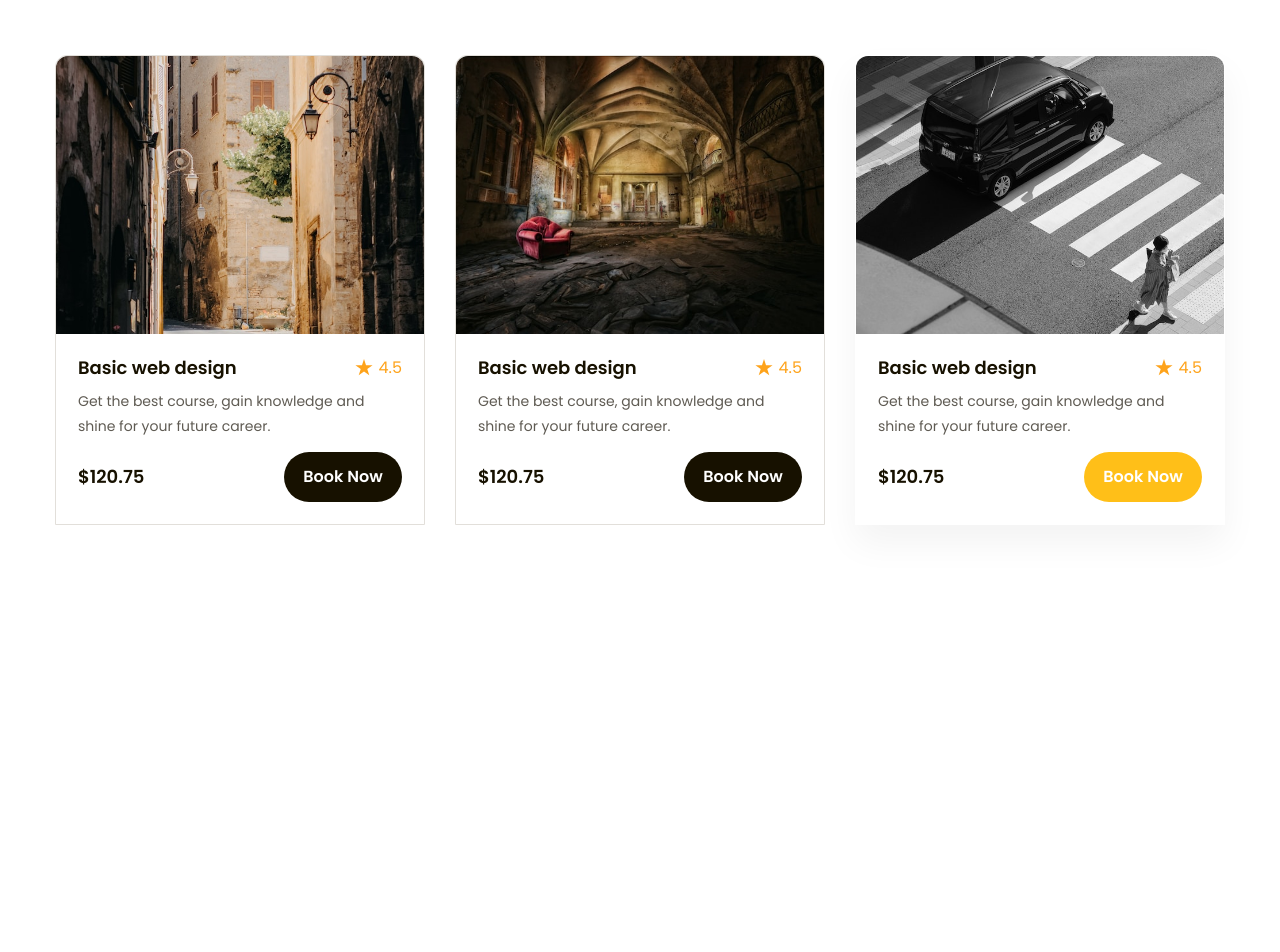
Repository: empty24062002/f8-htmlcss-02-pratice
Page: index.html
The author's editor kept a copy of each file at every save. The page is drawn from the files as they stood at one save, then again after the next save.
The browser window is 1280 px wide. The pictures show the part of the page from y = 1196 to 2148 px (the page is 5187 px tall).
The pointer rests on the first visible `.popular .course-item .book-btn`.
A picture or video elsewhere on the page could not be fetched, so the positions and the page height are approximate.

Above is the page before, as saved 2023-07-19 08:36:43.

After the next save:
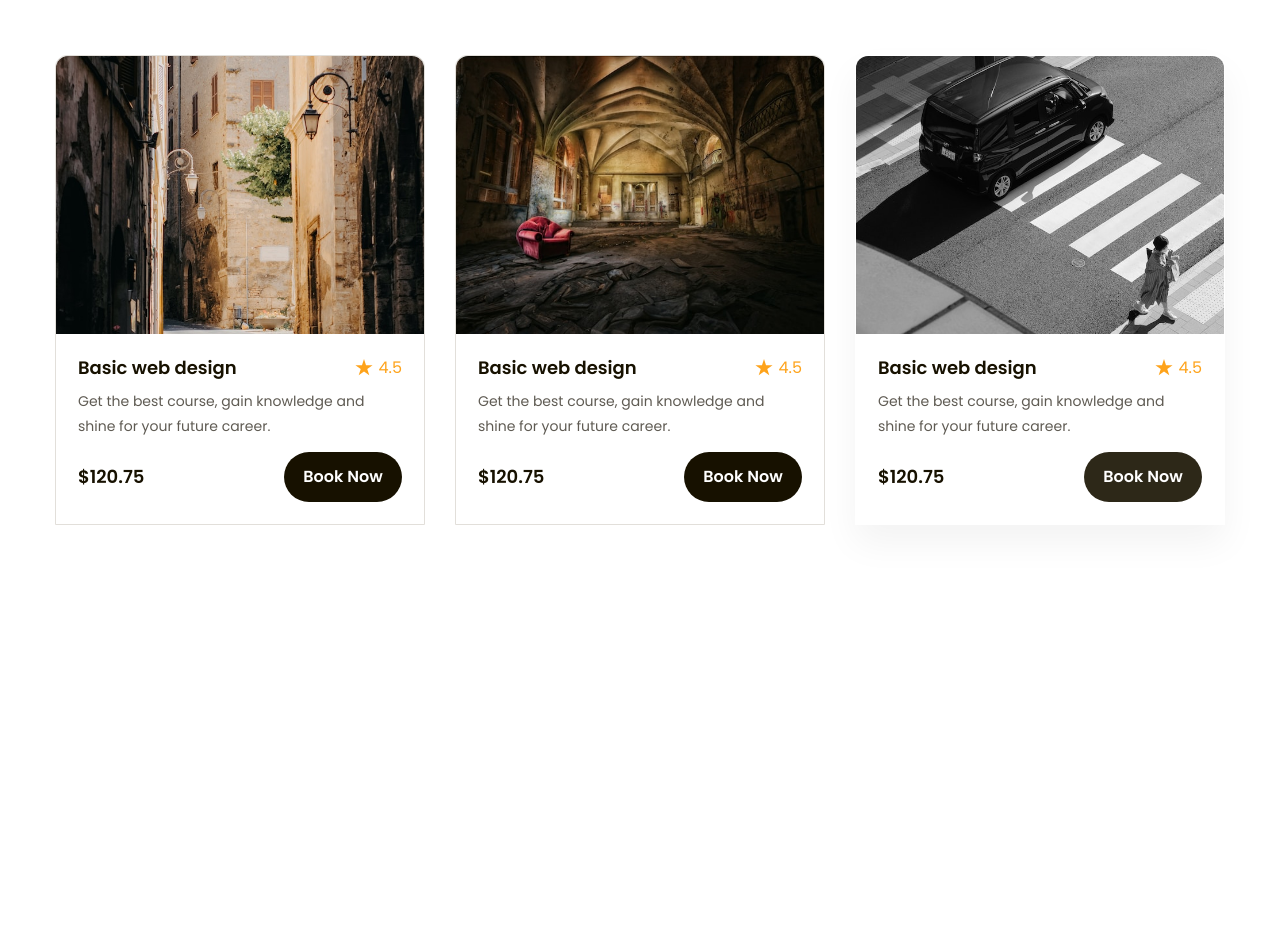
Saved 11 s later.
--- a/assets/css/styles.css
+++ b/assets/css/styles.css
@@ -384,6 +384,6 @@
     border: none;
 }
 
-.popular .course-item .book-btn:hover {
+.popular .course-item .book-btn:hover a {
     background-color: var(--primary-color);
 }

After the save that followed:
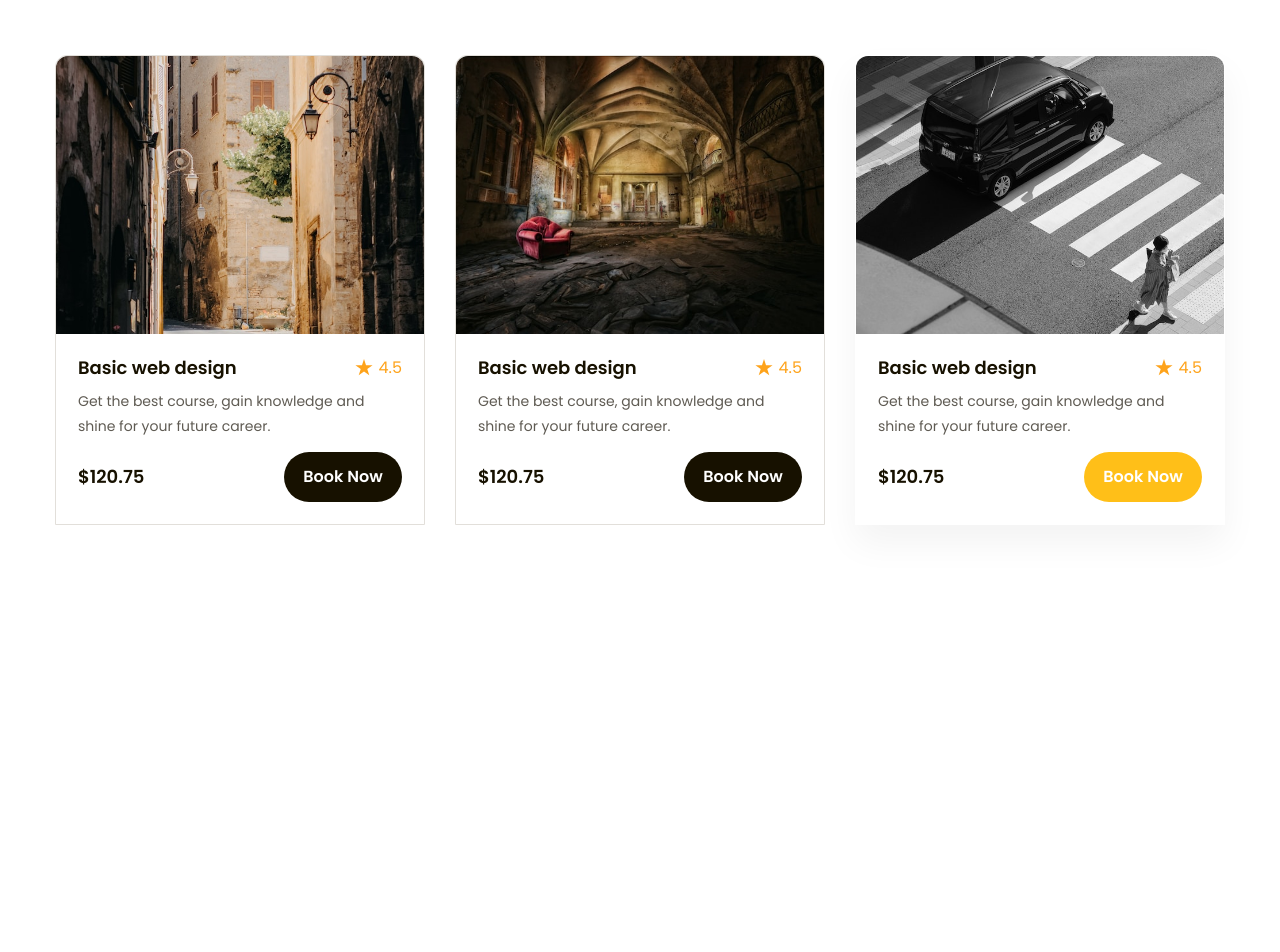
Saved 57 s later.
--- a/assets/css/styles.css
+++ b/assets/css/styles.css
@@ -384,6 +384,6 @@
     border: none;
 }
 
-.popular .course-item .book-btn:hover a {
+.popular .course-item .book-btn:hover {
     background-color: var(--primary-color);
 }
